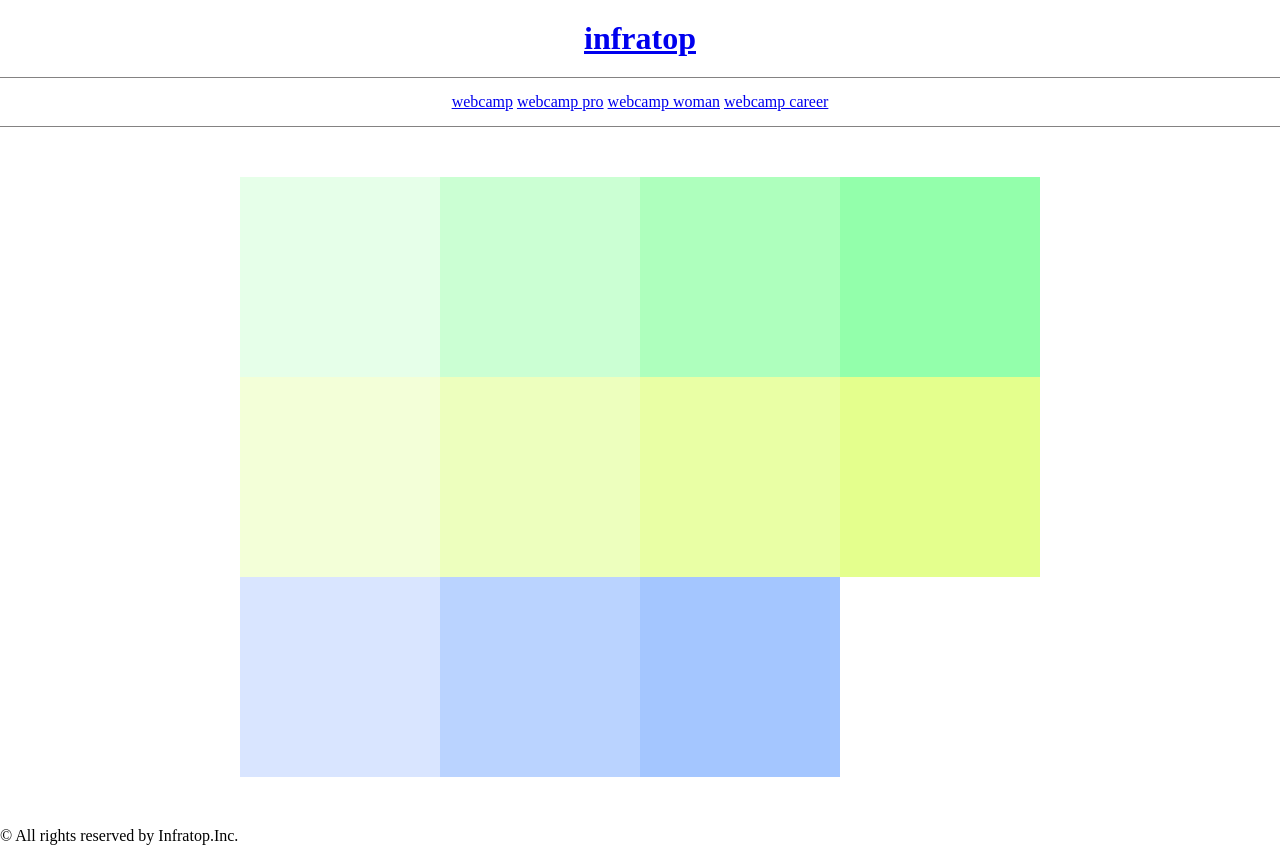
Repository: katayama-Web/html-practice
Page: chapter5_exsersize/chapter5_exesersize.html
The author's editor kept a record of every edit. The page is drawn from the files as they stood at one moment, then again after the next edit.
The browser window is 1280 px wide. The pictures show the whole page.

Above is the page before.

After the next edit:
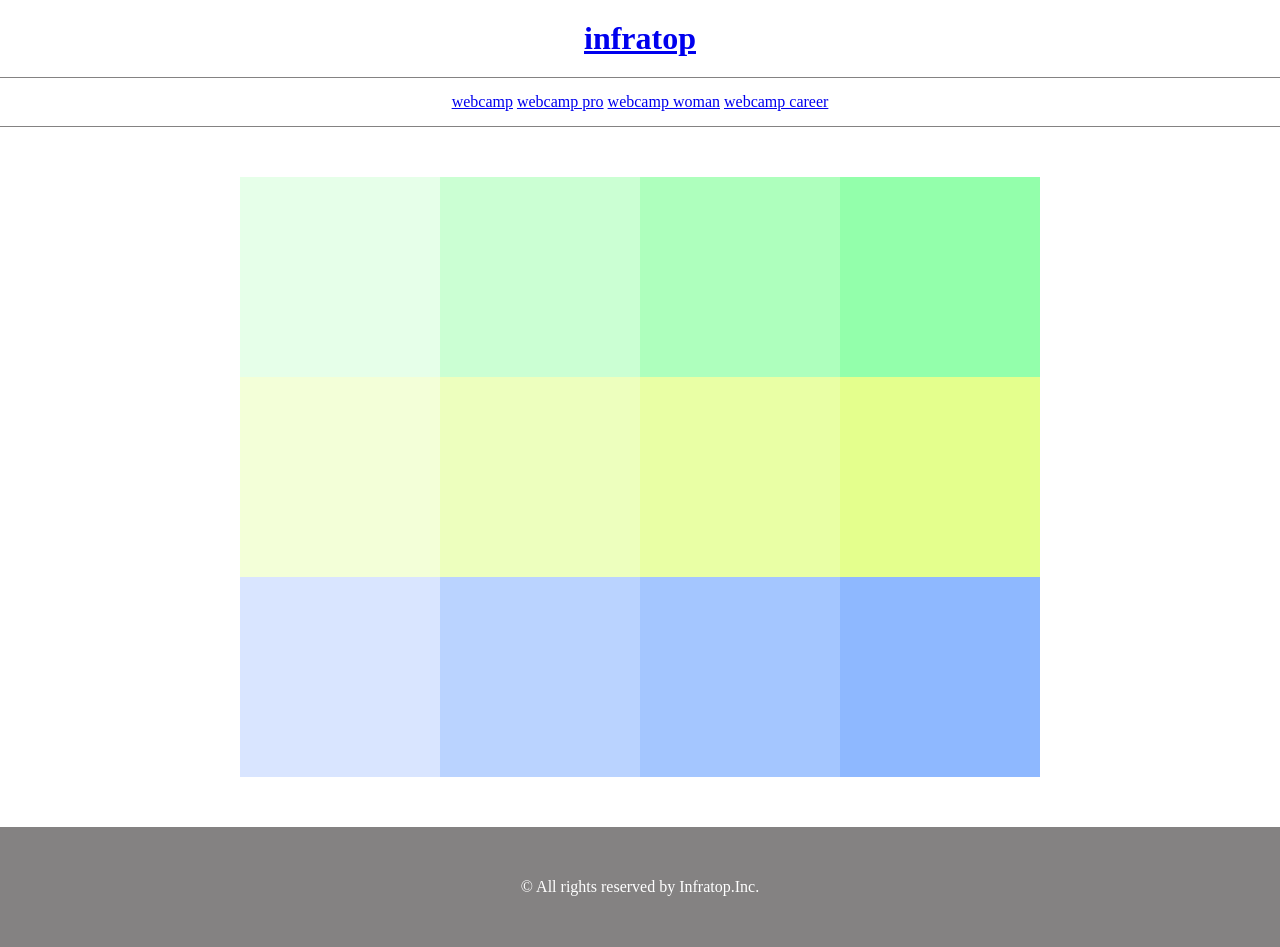
The edit:
--- a/chapter5_exsersize/chapter5_exsersize.css
+++ b/chapter5_exsersize/chapter5_exsersize.css
@@ -100,5 +100,18 @@
 .box12 {
   width: 200px;
   height: 200px;
-  background-color: #;
+  background-color: #8eb8ff;
 }
+
+footer {
+  width: 100%;
+  height: 120px;
+  text-align: center;
+  line-height: 120px;
+  background-color: #848282;
+
+}
+
+.footer-text {
+  color: #fff;
+}
